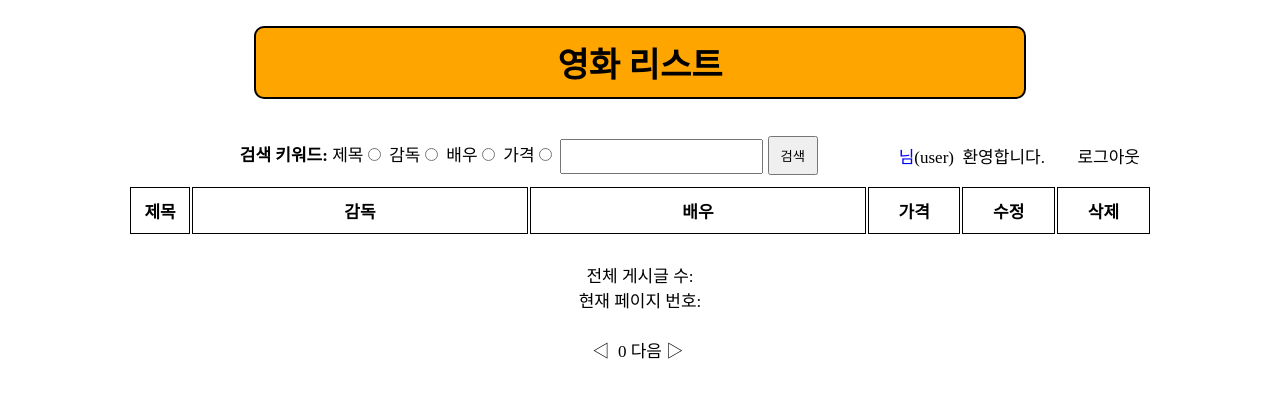
Repository: EverythingOfC/movie
Page: http://localhost/movie/movie/list.jsp
These files come from the project's save history. The page is drawn as it stood at one moment and after the next save; the edit follows.
The browser window is 1280 px wide. The pictures show the whole page.
The page is served by Tomcat 9. Nobody is signed in. The application's start-up code is not run. The template is opened directly, without the code that normally fills it, so the values that code supplies are empty.

Above is the page before, as saved 2023-01-03 10:05:02.

After the next save:
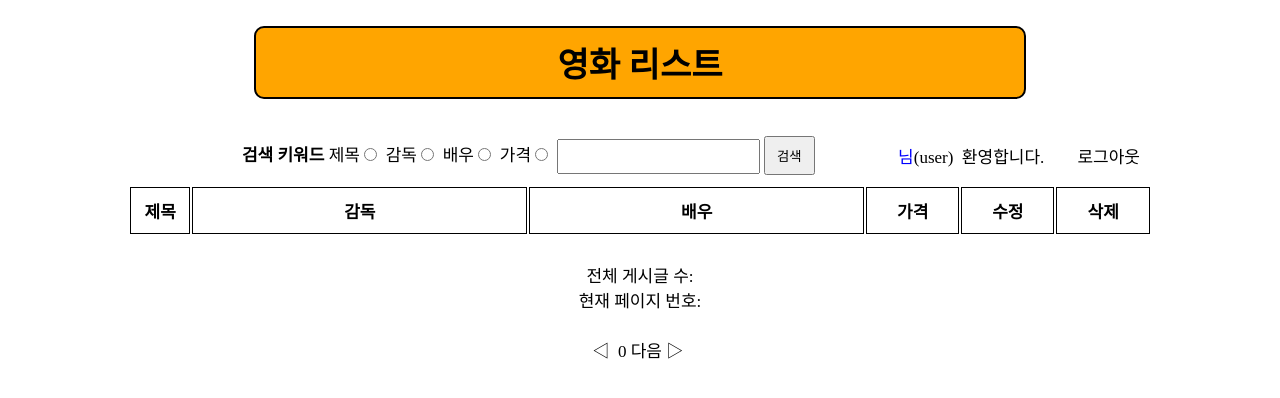
Saved 5 s later.
--- a/movie/src/main/webapp/movie/list.jsp
+++ b/movie/src/main/webapp/movie/list.jsp
@@ -22,7 +22,7 @@
 				<td colspan="2" style="border:0; text-align:center;">
 				<form action="ms?command=list" method="get">
 
-				<b>검색 키워드:</b>
+				<b>검색 키워드</b>
 				<label for="title">제목</label>
 				<input type="radio" name="column" value="title" id="title">&nbsp;
 
